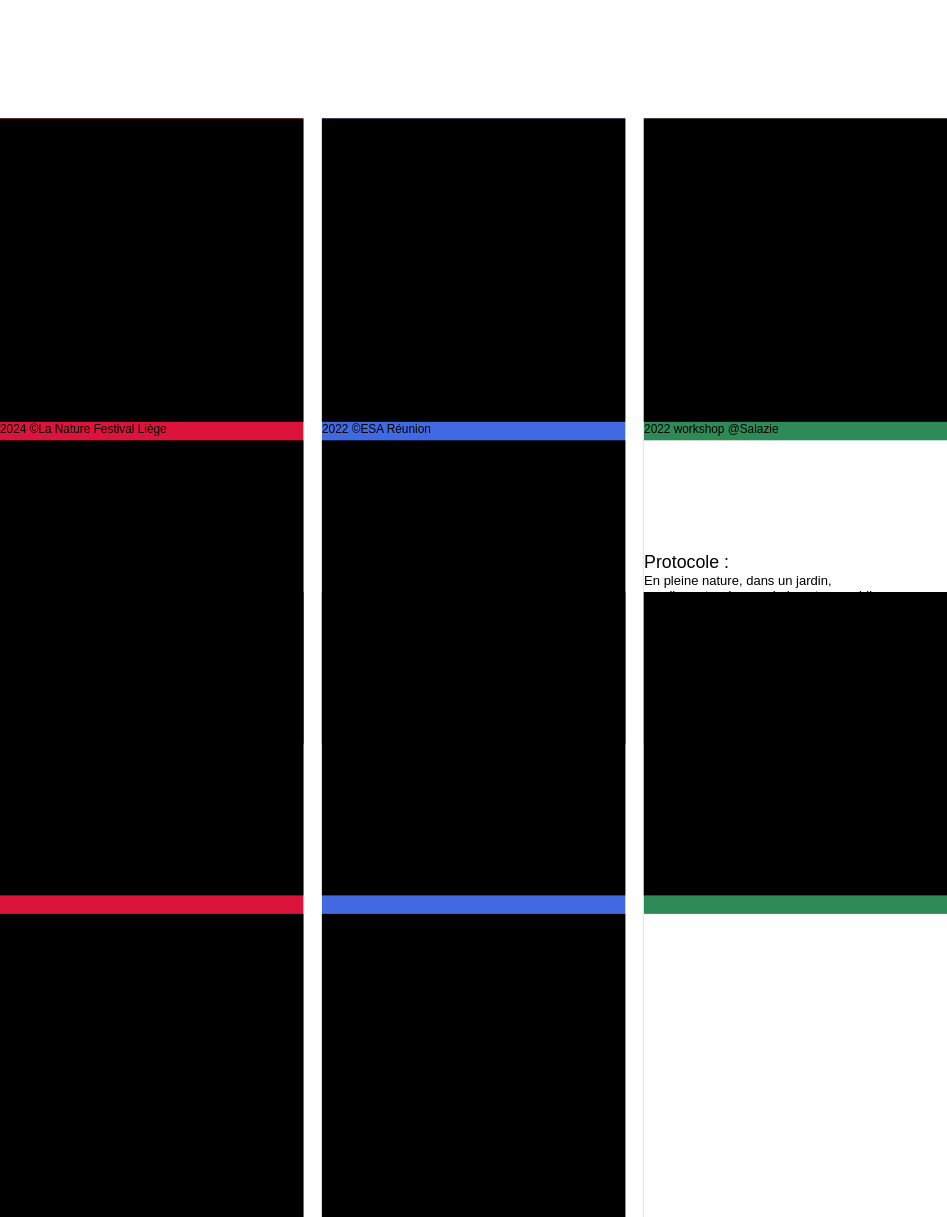
Repository: brunrhb/oce-p
Page: index.html
The author's editor kept a copy of each file at every save. The page is drawn from the files as they stood at one save, then again after the next save.
The browser window is 1280 px wide. The pictures show the whole page, at 74% of full size.

Above is the page before, as saved 2025-06-04 17:54:46.

After the next save:
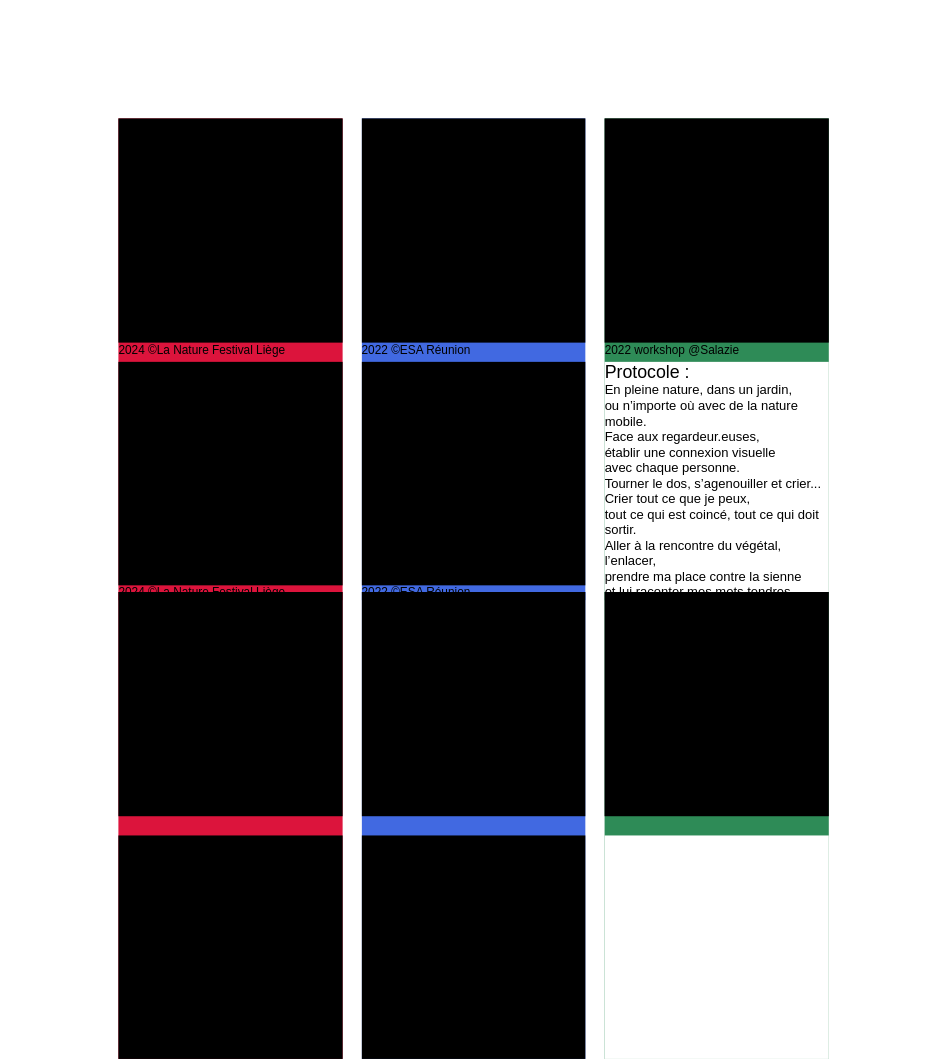
Saved 2 min 9 s later.
--- a/styles.css
+++ b/styles.css
@@ -13,6 +13,8 @@ body {
   height: calc(100vh - 20rem);
   padding-top: 10rem;
   padding-bottom: 5rem;
+  padding-left:10rem ;
+  padding-right:10rem ;
   column-gap: 2vw;
 }
 
